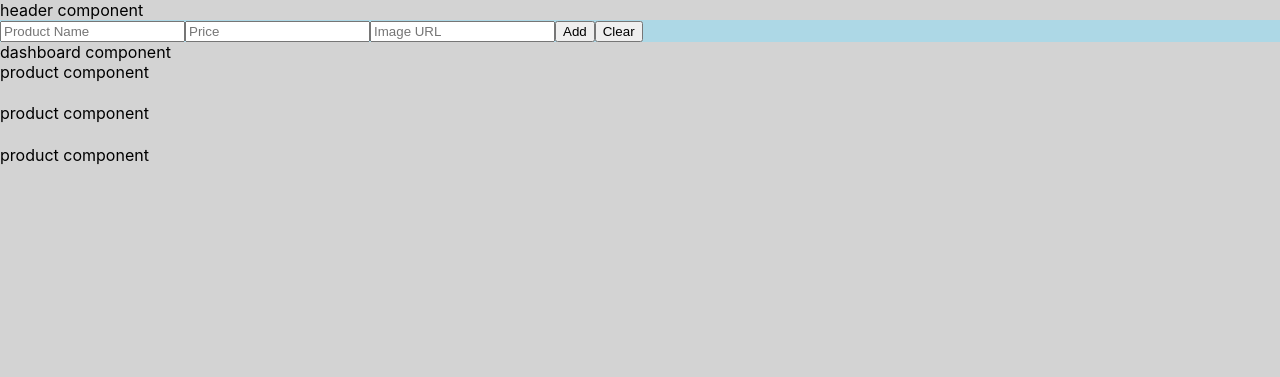
Repository: ooter37/shelfie
Page: /
These files come from the project's save history. The page is drawn as it stood at one moment and after the next save; the edit follows.
The browser window is 1280 px wide. The pictures show the whole page.
The project was rebuilt for these pictures with package versions that can differ from the ones it lists, and the page was loaded fresh each time.

Above is the page before, as saved 2020-04-03 11:42:00.

### src/App.css
.App {
  height: 100vh;
  width: 100vw;
  background-color: lightgrey;
}

.form-component {
  background-color: lightblue;
}

### src/Components/Header/Header.js
import React from 'react'

export default class Header extends React.Component {
    // constructor() {
    //     super()
    // }
    render() {
        return (
            <div>header component</div>
        )
    }
}

### src/Components/Dashboard/Dashboard.js
import React from 'react'
import Product from '../Product/Product'

export default class Dashboard extends React.Component {
    constructor(props) {
        super(props)
    }
    render() {
        // console.log(this.props.inventory)
        const mappedInventory = this.props.inventory.map(elem => {
            return (
                <div key={elem.id}>
                <Product
                    product={elem.name}

                />
                </div>
            )
        })
        return (
            <div>
                dashboard component
                {mappedInventory}

            </div>
        )
    }
}

### src/Components/Form/Form.js
import React from 'react'

export default class Form extends React.Component {
    constructor() {
        super()
        this.state = {
            name: '',
            price: '',
            img: ''
        }
        this.nameChangeHandler = this.nameChangeHandler.bind(this)
        this.priceChangeHandler = this.priceChangeHandler.bind(this)
        this.imgChangeHandler = this.imgChangeHandler.bind(this)
        this.resetButton = this.resetButton.bind(this)
    }
    nameChangeHandler(e) {
        this.setState({
            name: e.target.value
        })
    }
    priceChangeHandler(e) {
        this.setState({
            price: e.target.value
        })
    }
    imgChangeHandler(e) {
        this.setState({
            img: e.target.value
        })
    }
    resetButton() {
        this.setState({
            name: '',
            price: 0,
            img: ''
        })
    }


    render() {
        console.log(this.state)
        return (
            <div className='form-component'>
                <input
                    name='productName'
                    value={this.state.name}
                    onChange={e => this.nameChangeHandler(e)}
                    placeholder='Product Name'
                    ></input>
                <input
                    name='producePrice'
                    value={this.state.price}
                    onChange={e => this.priceChangeHandler(e)}
                    placeholder='Price'
                ></input>
                <input
                    name='productImage'
                    value={this.state.img}
                    onChange={e => this.imgChangeHandler(e)}
                    placeholder='Image URL'
                ></input>
                <button>Add</button>
                <button
                    onClick={this.resetButton}
                >Clear</button>
            </div>
        )
    }
}

### src/Components/Product/Product.js
import React from 'react'

export default class Product extends React.Component {
    constructor(props) {
        super(props)
    }
    render() {
        console.log(this.props.productName)
        return (
            <div>product component
                <h1>{this.props.productName}</h1>
            </div>
        )
    }
}

Loaded but not shown: public/index.html (common file); src/index.js (common file); src/index.css (common file); src/App.js (library); src/serviceWorker.js (common file)

After the next save:
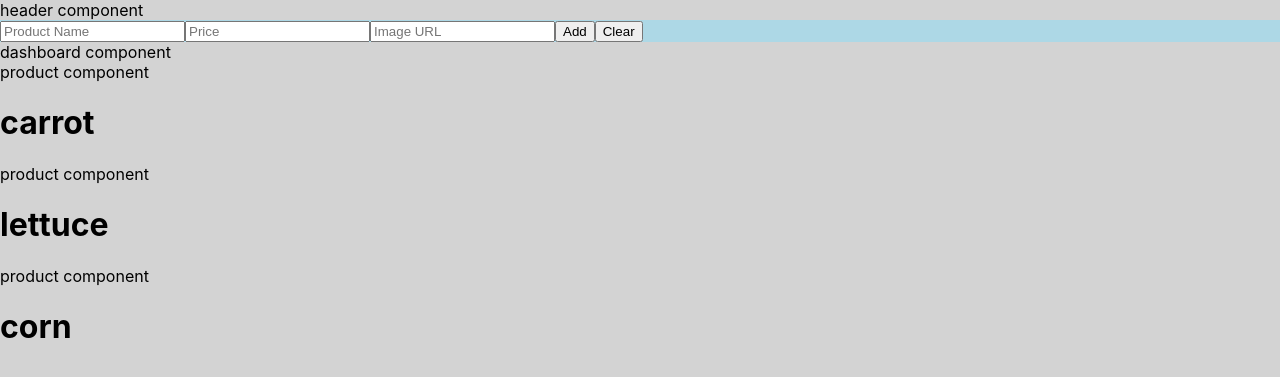
Saved 21 s later.
--- a/src/Components/Product/Product.js
+++ b/src/Components/Product/Product.js
@@ -8,7 +8,7 @@ export default class Product extends React.Component {
         console.log(this.props.productName)
         return (
             <div>product component
-                <h1>{this.props.productName}</h1>
+                <h1>{this.props.product}</h1>
             </div>
         )
     }
